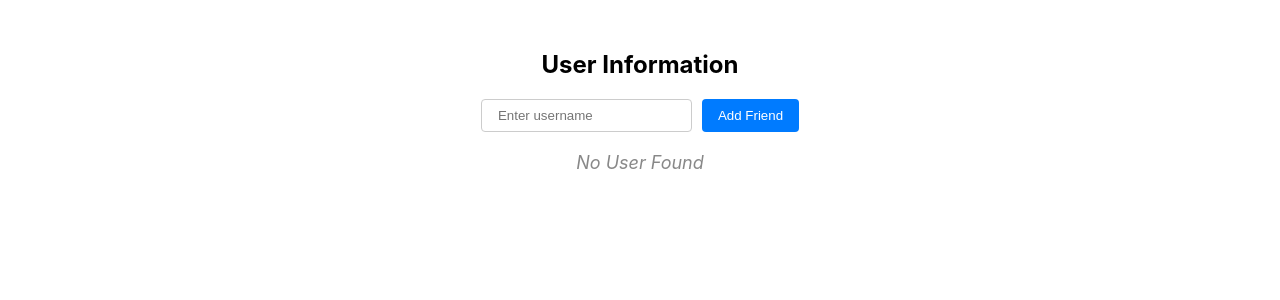
Repository: Sanketh149/leetcode-discord
Page: /
An editor plug-in stored every save of this project. The page is shown before and after the next save, followed by the edit.
The browser window is 1280 px wide. The pictures show the whole page.
The project was rebuilt for these pictures with package versions that can differ from the ones it lists, and the page was loaded fresh each time. Also part of the build but not shown: src/Modal.module.css, src/Modal.js, src/Cart.module.css, src/Cart.js.

Above is the page before, as saved 2023-06-21 16:21:24.

After the next save:
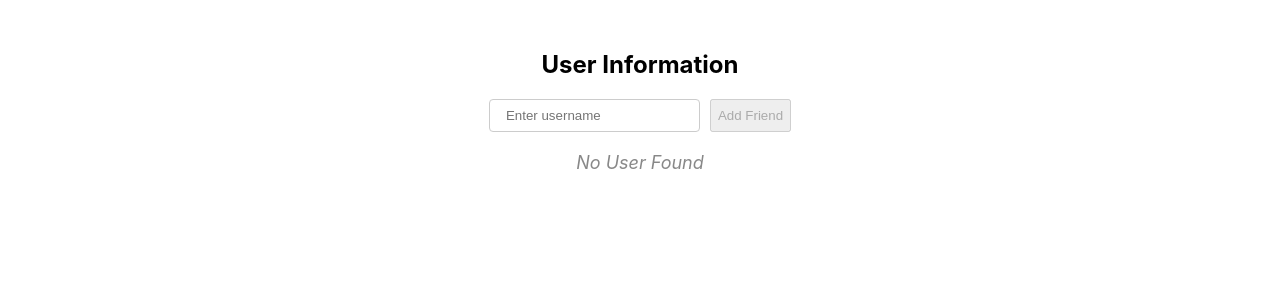
Saved 59 s later.
--- a/src/App.js
+++ b/src/App.js
@@ -87,7 +87,9 @@
         />
         <button
           type="submit"
-          className="app__button"
+          className={`app__button${
+            isSubmitDisabled === true ? "disabled" : ""
+          }`}
           disabled={isSubmitDisabled}
         >
           Add Friend
